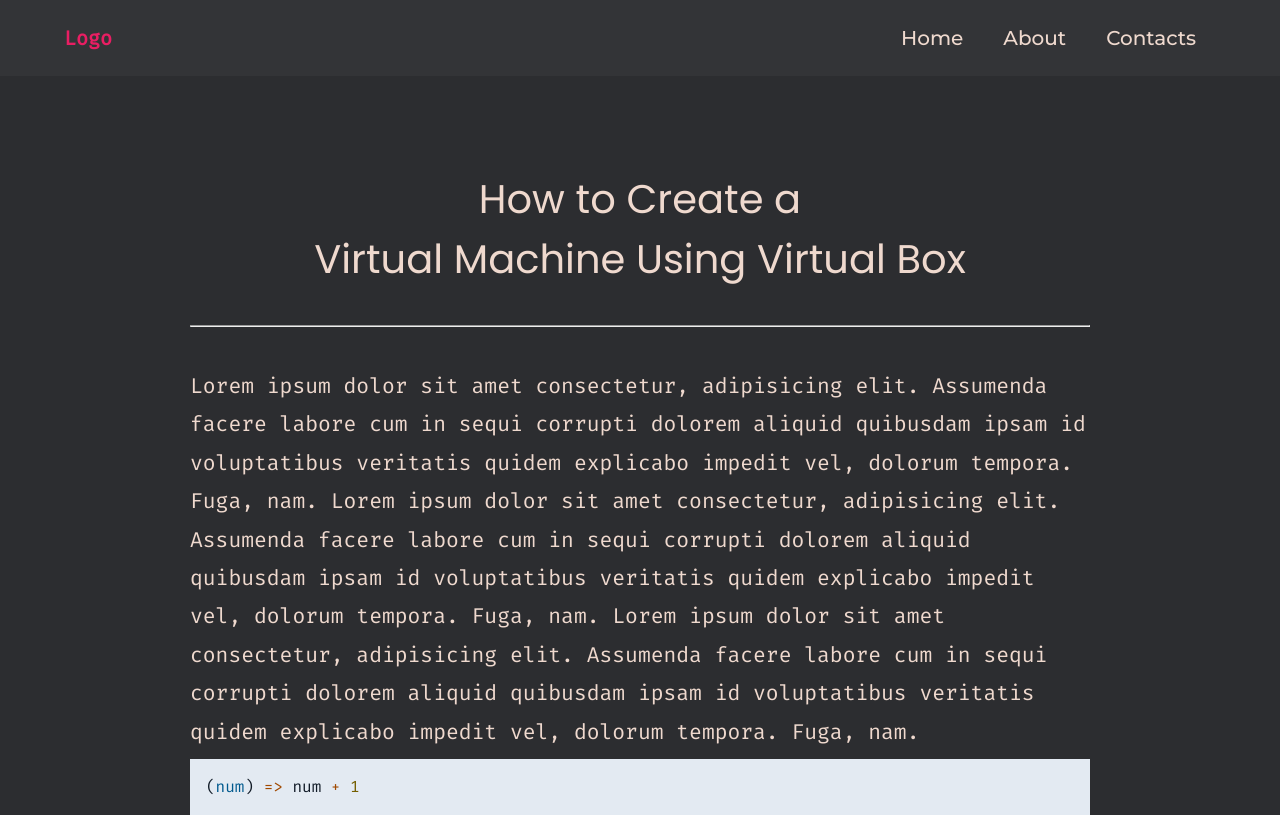
Repository: BuddyBob/thavasantonio
Page: /#/virtual-machine
The author's editor kept a copy of each file at every save. The page is drawn from the files as they stood at one save, then again after the next save.
The browser window is 1280 px wide. The pictures show the whole page.
The project was rebuilt for these pictures with package versions that can differ from the ones it lists, and the page was loaded fresh each time. A package was used in the major version that the imports need, not the one package.json lists. Also part of the build but not shown: src/components/Card.js, src/Home.js.

Above is the page before, as saved 2021-08-20 15:17:35.

### public/index.html
<!DOCTYPE html>
<html lang="en">
  <head>
    <meta charset="utf-8" />
    <link rel="icon" href="%PUBLIC_URL%/favicon.ico" />
    <meta name="viewport" content="width=device-width, initial-scale=1" />
    <meta name="theme-color" content="#000000" />
    <link rel="preconnect" href="https://fonts.googleapis.com">
    <link rel="preconnect" href="https://fonts.gstatic.com" crossorigin>
    <meta
      name="description"
      content="Web site created using create-react-app"
    />
    <!-- google fonts -->
    <link href="https://fonts.googleapis.com/css2?family=Fira+Mono&display=swap" rel="stylesheet">

    <!-- code highligter -->

    <link rel="apple-touch-icon" href="%PUBLIC_URL%/logo192.png" />
    <link rel="manifest" href="%PUBLIC_URL%/manifest.json" />
    <title>thavasantonio</title>
  </head>
  <body>
    <noscript>You need to enable JavaScript to run this app.</noscript>
    <div id="root"></div>
  </body>
</html>

### src/index.css
:root {
  --background-color: #2c2d30;
  --text-color: #EFD9CE;
  --highlight-color: #e91e63;
  --white: white;
}

* {
  margin: 0;
  padding: 0;
  font-family: "Fira Mono","Poppins", sans-serif;
}

body {
  justify-content: center;
  align-items: center;
  background: var(--background-color);
}
.post-title{
  font-family: "Poppins", "Fira Mono", sans-serif;
  color:var(--text-color);
  font-size:2.5em;
  margin-top:7%;
  margin-bottom:4%;

}

p{
  font-family: "Fira Mono", "Poppins", sans-serif;
  font-size:16pt;
  color: var(--text-color);
  line-height:180%;
  margin-top:40px;
}

/*
.########.....###....##....##.##....##.########.########.
.##.....##...##.##...###...##.###...##.##.......##.....##
.##.....##..##...##..####..##.####..##.##.......##.....##
.########..##.....##.##.##.##.##.##.##.######...########.
.##.....##.#########.##..####.##..####.##.......##...##..
.##.....##.##.....##.##...###.##...###.##.......##....##.
.########..##.....##.##....##.##....##.########.##.....##
*/
.img-container {
  position: relative;
  height:100%;
  margin-bottom:100px;
  margin-top:50px;
}

.inner-container {
  text-align: center;
  position: relative;
  width: 100%;
  color: var(--white);

}

h1 {
  font-size: 4em;
}

h2 {
  margin-top:20px;
  font-size: 1.7em;
  text-align: center;
  font-weight: 400;
}

@media screen and (max-width:1260px){
  h1{
    font-size: 3em;
  }
  h2{
    font-size: 1.4em;
  }
}
@media only screen and (max-width:920px){
  .inner-container{
    margin-top: 100px;
  }
}

@media only screen and (max-width:540px){
  .inner-container{
    margin-top:150px;
  }
  h1{
    font-size: 2.5em;
  }
  h2{
    font-size: 1.4em;
  }
}

### src/components/Card.css
@import url("https://fonts.googleapis.com/css2?family=Poppins:wght@300;400;500;700;800&display=swap");

body .card-container {
  display: flex;
  justify-content: center;
  align-items: center;
  flex-wrap: wrap;
  margin: 40px 0;
  background-color:yellow
}

body .card-container .card {
  background-color:green;
  position: relative;
  min-width: 340px;
  height: 400px;
  border-radius: 15px;
  margin: 40px;
  transition: 0.5s;
  bottom:50px;
}



body .card-container .card .box {
  position: absolute;
  top: 20px;
  left: 0px;
  right: 0px;
  bottom: 20px;
  border-radius: 20px;
  display: flex;
  justify-content: center;
  align-items: center;
  overflow: hidden;
  transition: 0.2s;
  background: rgba(255, 255, 255, 0.03);
}

body .card-container .card .box:hover {
  transform: translateY(-20px);
}

body .card-container .card .box:before {
  content: "";
  position: absolute;
  top: 0;
  left: 0;
  width: 50%;
  height: 100%;
  background: rgba(255, 255, 255, 0.03);
}

body .card-container .card .box .content {
  padding: 20px;
  text-align: center;
}


body .card-container .card .box .content h3 {
  font-size: 2rem;
  color: var(--text-color);
  z-index: 1;
  transition: 0.5s;
  margin-bottom: 15px;
}

body .card-container .card .box .content p {
  font-size: 1rem;
  font-weight: 300;
  color: var(--text-color);
  z-index: 1;
  transition: 0.5s;
}

.card-button {
  position: relative;
  display: inline-block;
  padding: 8px 20px;
  background-color: #e91e63;
  border-radius: 5px;
  text-decoration: none;
  color: white;
  margin-top: 20px;
  box-shadow: 0 10px 20px rgba(0, 0, 0, 0.2);
  transition: 0.5s;
}
.card-button:hover {
  box-shadow: 0 10px 20px rgba(0, 0, 0, 0.6);
  background: var(--text-color);
  color: #000;
}

### src/components/NavBar.css
@import url('https://fonts.googleapis.com/css2?family=Montserrat:wght@500&display=swap');w

li, a{
    font-family: "Montserrat", sans-serif;
    color:var(--text-color);
    font-size: 20px;
    text-decoration:none;
}
header {
    display:flex;
    justify-content:flex-end;
    align-items:center;
    padding:26px 5%;
    background-color:rgba(255, 255, 255, 0.03)
}

.logo{
    cursor:pointer;
    margin-right:auto;
    font-size: 20px;
    color:var(--highlight-color)
}

.nav_links{
    list-style:none;
}

.nav_links li{
    display:inline-block;
    padding:0px 20px;
}

.nav_links li a{
    transition: all 0.3s ease 0s;
}

.nav_links li a:hover{
    color:var(--highlight-color)
}

### src/components/Pages/Virtual-Machine/VM.js
import React from 'react'
import NavBar from '../../NavBar'
import { Prism as SyntaxHighlighter } from 'react-syntax-highlighter';
import  { coldarkCold } from 'react-syntax-highlighter/dist/esm/styles/prism';
import './VM.css'
const codeString = '(num) => num + 1';
export default function VM() {
    return (
        <div>
            <NavBar/>
            <div className="post-container">
                <div className="post-inner">
                    <div className="content">
                        <h2 className="post-title">How to Create a<br/> Virtual Machine Using Virtual Box</h2>
                        <hr/>
                        <p>
                            Lorem ipsum dolor sit amet consectetur, adipisicing elit. Assumenda facere labore cum in sequi corrupti dolorem aliquid quibusdam ipsam id voluptatibus veritatis quidem explicabo impedit vel, dolorum tempora. Fuga, nam.
                            Lorem ipsum dolor sit amet consectetur, adipisicing elit. Assumenda facere labore cum in sequi corrupti dolorem aliquid quibusdam ipsam id voluptatibus veritatis quidem explicabo impedit vel, dolorum tempora. Fuga, nam.
                            Lorem ipsum dolor sit amet consectetur, adipisicing elit. Assumenda facere labore cum in sequi corrupti dolorem aliquid quibusdam ipsam id voluptatibus veritatis quidem explicabo impedit vel, dolorum tempora. Fuga, nam.
                        </p>
                        <SyntaxHighlighter language="javascript" style={coldarkCold}>
                        {codeString}
                        </SyntaxHighlighter>
                    </div>
                </div>
            </div>
        </div>
    )
}

### src/components/NavBar.js
import React from 'react'
import { Link } from 'react-router-dom'
export default function NavBar() {
    return (
        <div>
            <header>
                <h4 className="logo">Logo</h4>
                <nav>
                    <ul className="nav_links">
                        <li><Link to="/">Home</Link></li>
                        <li><Link to="/about">About</Link></li>
                        <li><Link to="/contacts">Contacts</Link></li>
                    </ul>
                </nav>
            </header>
        </div>
    )
}

### src/components/Pages/Virtual-Machine/VM.css
body .post-container {
    display: flex;
    justify-content: center;
    align-items: center;
    flex-wrap: wrap;
    margin: 40px 0;
}

body .post-container .post-inner {
    position: relative;
    max-width: 900px;
    height: 400px;
    border-radius: 15px;
    margin: 40px;
    transition: 0.5s;
    bottom:50px;
}

body .post-container .post-inner .content{
}

Loaded but not shown: src/index.js (common file); src/App.js (common file)

After the next save:
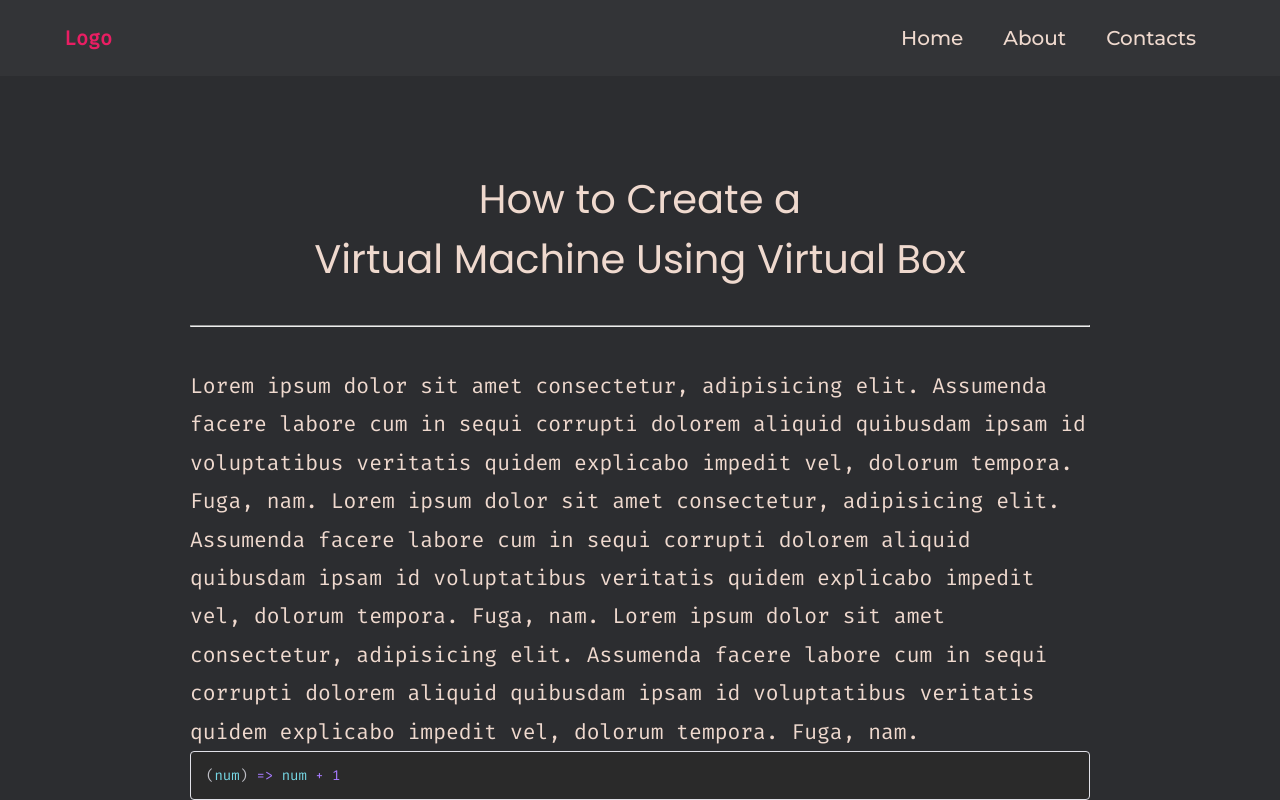
Saved 15 s later.
--- a/src/components/Pages/Virtual-Machine/VM.js
+++ b/src/components/Pages/Virtual-Machine/VM.js
@@ -1,7 +1,7 @@
 import React from 'react'
 import NavBar from '../../NavBar'
 import { Prism as SyntaxHighlighter } from 'react-syntax-highlighter';
-import  { coldarkCold } from 'react-syntax-highlighter/dist/esm/styles/prism';
+import  { xonokai } from 'react-syntax-highlighter/dist/esm/styles/prism';
 import './VM.css'
 const codeString = '(num) => num + 1';
 export default function VM() {
@@ -18,7 +18,7 @@ export default function VM() {
                             Lorem ipsum dolor sit amet consectetur, adipisicing elit. Assumenda facere labore cum in sequi corrupti dolorem aliquid quibusdam ipsam id voluptatibus veritatis quidem explicabo impedit vel, dolorum tempora. Fuga, nam.
                             Lorem ipsum dolor sit amet consectetur, adipisicing elit. Assumenda facere labore cum in sequi corrupti dolorem aliquid quibusdam ipsam id voluptatibus veritatis quidem explicabo impedit vel, dolorum tempora. Fuga, nam.
                         </p>
-                        <SyntaxHighlighter language="javascript" style={coldarkCold}>
+                        <SyntaxHighlighter language="javascript" style={xonokai}>
                         {codeString}
                         </SyntaxHighlighter>
                     </div>
